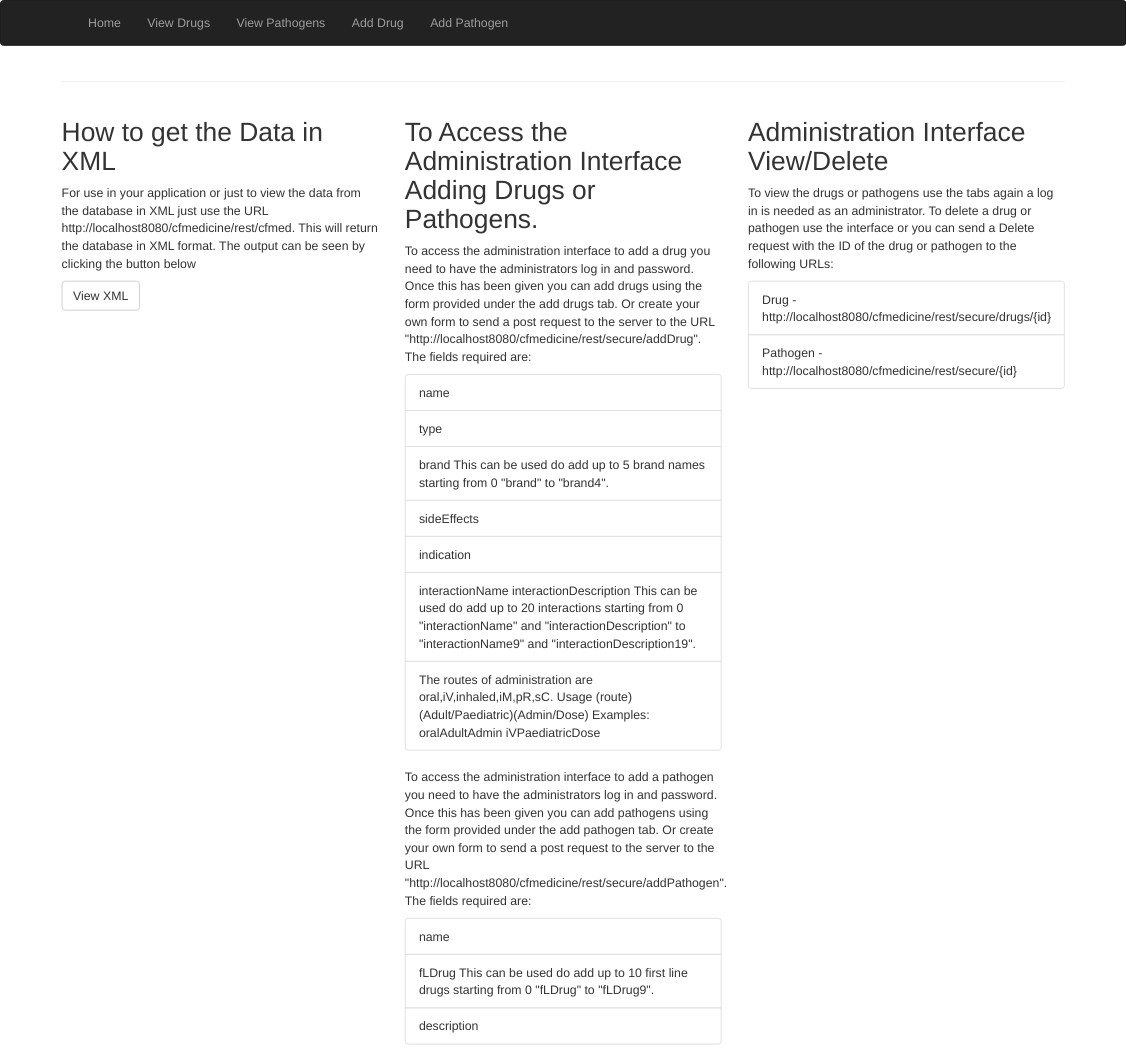
Repository: sc12msw/Method-of-Antibiotics
Page: Server/com.watson.jersey.cfmed/WebContent/index.html
An editor plug-in stored every save of this project. The page is shown before and after the next save, followed by the edit.
The browser window is 1280 px wide. The pictures show the whole page, at 88% of full size.

Above is the page before, as saved 2015-05-08 22:05:45.

### Server/com.watson.jersey.cfmed/WebContent/index.html
<!DOCTYPE html>

<html lang="en">
<head>
<meta charset="utf-8">
<title>Home</title>
<link
	href="http://maxcdn.bootstrapcdn.com/bootstrap/3.3.4/css/bootstrap.min.css"
	rel="stylesheet">
<style type="text/css">
.imgclass {
	height: 10%;
}
</style>
</head>

<body>
	<!-- Navigation -->

	<nav class="navbar navbar-inverse">
		<div class="container">
			<div class="collapse navbar-collapse">
				<ul class="nav navbar-nav">
					<li><a href="../rest/">Home</a></li>

					<li><a href="../rest/secure/drugs">View Drugs</a></li>

					<li><a href="../rest/secure/pathogens">View Pathogens</a></li>

					<li><a href="../rest/secure/addDrug">Add Drug</a></li>

					<li><a href="../rest/secure/addPathogen">Add Pathogen</a></li>
				</ul>
			</div>
		</div>
	</nav>


	<div class="container">
		<hr>

		<div class="row">
			<div class="col-md-4">
				<h2>How to get the Data in XML</h2>

				<p>For use in your application or just to view the data from the
					database in XML just use the URL
					http://localhost8080/cfmedicine/rest/cfmed. This will return the
					database in XML format. The output can be seen by clicking the
					button below</p>
				<a class="btn btn-default" href="../rest/cfmed">View XML</a>
			</div>

			<div class="col-md-4">
				<h2>To Access the Administration Interface Adding Drugs or
					Pathogens.</h2>

				<p>To access the administration interface to add a drug you need
					to have the administrators log in and password. Once this has been
					given you can add drugs using the form provided under the add drugs
					tab. Or create your own form to send a post request to the server
					to the URL "http://localhost8080/cfmedicine/rest/secure/addDrug".
					The fields required are:</p>
				<ul class="list-group">
					<li class="list-group-item">name</li>
					<li class="list-group-item">type</li>
					<li class="list-group-item">brand This can be used do add up
						to 5 brand names starting from 0 "brand" to "brand4".</li>
					<li class="list-group-item">sideEffects</li>
					<li class="list-group-item">indication</li>

					<li class="list-group-item">interactionName
						interactionDescription This can be used do add up to 20
						interactions starting from 0 "interactionName" and
						"interactionDescription" to "interactionName9" and
						"interactionDescription19".</li>
					<li class="list-group-item">The routes of administration are
						oral,iV,inhaled,iM,pR,sC. Usage
						(route)(Adult/Paediatric)(Admin/Dose) Examples: oralAdultAdmin
						iVPaediatricDose</li>
				</ul>
				<p>To access the administration interface to add a pathogen you
					need to have the administrators log in and password. Once this has
					been given you can add pathogens using the form provided under the
					add pathogen tab. Or create your own form to send a post request to
					the server to the URL
					"http://localhost8080/cfmedicine/rest/secure/addPathogen". The
					fields required are:</p>
				<ul class="list-group">
					<li class="list-group-item">name</li>

					<li class="list-group-item">fLDrug This can be used do add up
						to 10 first line drugs starting from 0 "fLDrug" to "fLDrug9".</li>
					<li class="list-group-item">description</li>
				</ul>
			</div>
			<div class="col-md-4">
				<h2>Administration Interface View/Delete</h2>

				<p>To view the drugs or pathogens use the tabs again a log in is
					needed as an administrator. To delete a drug or pathogen use the
					interface or you can send a Delete request with the ID of the drug
					or pathogen to the following URLs:</p>
				<ul class="list-group">
					<li class="list-group-item">Drug -
						http://localhost8080/cfmedicine/rest/secure/drugs/{id}</li>
					<li class="list-group-item">Pathogen -
						http://localhost8080/cfmedicine/rest/secure/{id}</li>
				</ul>
			</div>
		</div>


	</div>
</body>
</html>

After the next save:
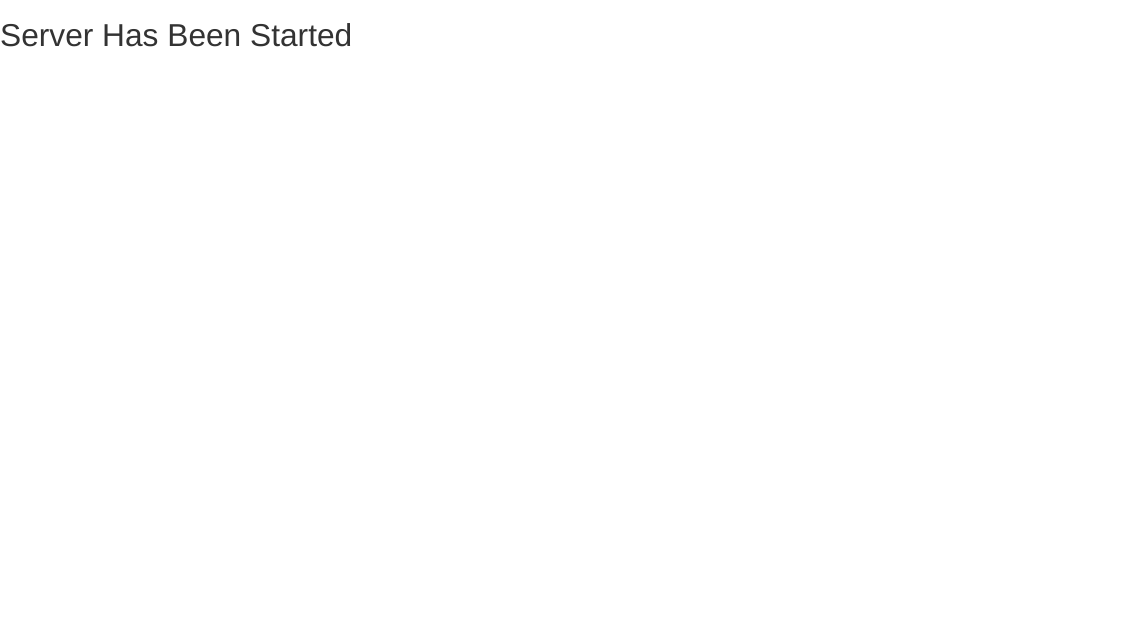
Saved 6 min 47 s later.
--- a/Server/com.watson.jersey.cfmed/WebContent/index.html
+++ b/Server/com.watson.jersey.cfmed/WebContent/index.html
@@ -15,102 +15,6 @@
 </head>
 
 <body>
-	<!-- Navigation -->
-
-	<nav class="navbar navbar-inverse">
-		<div class="container">
-			<div class="collapse navbar-collapse">
-				<ul class="nav navbar-nav">
-					<li><a href="../rest/">Home</a></li>
-
-					<li><a href="../rest/secure/drugs">View Drugs</a></li>
-
-					<li><a href="../rest/secure/pathogens">View Pathogens</a></li>
-
-					<li><a href="../rest/secure/addDrug">Add Drug</a></li>
-
-					<li><a href="../rest/secure/addPathogen">Add Pathogen</a></li>
-				</ul>
-			</div>
-		</div>
-	</nav>
-
-
-	<div class="container">
-		<hr>
-
-		<div class="row">
-			<div class="col-md-4">
-				<h2>How to get the Data in XML</h2>
-
-				<p>For use in your application or just to view the data from the
-					database in XML just use the URL
-					http://localhost8080/cfmedicine/rest/cfmed. This will return the
-					database in XML format. The output can be seen by clicking the
-					button below</p>
-				<a class="btn btn-default" href="../rest/cfmed">View XML</a>
-			</div>
-
-			<div class="col-md-4">
-				<h2>To Access the Administration Interface Adding Drugs or
-					Pathogens.</h2>
-
-				<p>To access the administration interface to add a drug you need
-					to have the administrators log in and password. Once this has been
-					given you can add drugs using the form provided under the add drugs
-					tab. Or create your own form to send a post request to the server
-					to the URL "http://localhost8080/cfmedicine/rest/secure/addDrug".
-					The fields required are:</p>
-				<ul class="list-group">
-					<li class="list-group-item">name</li>
-					<li class="list-group-item">type</li>
-					<li class="list-group-item">brand This can be used do add up
-						to 5 brand names starting from 0 "brand" to "brand4".</li>
-					<li class="list-group-item">sideEffects</li>
-					<li class="list-group-item">indication</li>
-
-					<li class="list-group-item">interactionName
-						interactionDescription This can be used do add up to 20
-						interactions starting from 0 "interactionName" and
-						"interactionDescription" to "interactionName9" and
-						"interactionDescription19".</li>
-					<li class="list-group-item">The routes of administration are
-						oral,iV,inhaled,iM,pR,sC. Usage
-						(route)(Adult/Paediatric)(Admin/Dose) Examples: oralAdultAdmin
-						iVPaediatricDose</li>
-				</ul>
-				<p>To access the administration interface to add a pathogen you
-					need to have the administrators log in and password. Once this has
-					been given you can add pathogens using the form provided under the
-					add pathogen tab. Or create your own form to send a post request to
-					the server to the URL
-					"http://localhost8080/cfmedicine/rest/secure/addPathogen". The
-					fields required are:</p>
-				<ul class="list-group">
-					<li class="list-group-item">name</li>
-
-					<li class="list-group-item">fLDrug This can be used do add up
-						to 10 first line drugs starting from 0 "fLDrug" to "fLDrug9".</li>
-					<li class="list-group-item">description</li>
-				</ul>
-			</div>
-			<div class="col-md-4">
-				<h2>Administration Interface View/Delete</h2>
-
-				<p>To view the drugs or pathogens use the tabs again a log in is
-					needed as an administrator. To delete a drug or pathogen use the
-					interface or you can send a Delete request with the ID of the drug
-					or pathogen to the following URLs:</p>
-				<ul class="list-group">
-					<li class="list-group-item">Drug -
-						http://localhost8080/cfmedicine/rest/secure/drugs/{id}</li>
-					<li class="list-group-item">Pathogen -
-						http://localhost8080/cfmedicine/rest/secure/{id}</li>
-				</ul>
-			</div>
-		</div>
-
-
-	</div>
+	<h1> Server Has Been Started </h1>
 </body>
 </html>
